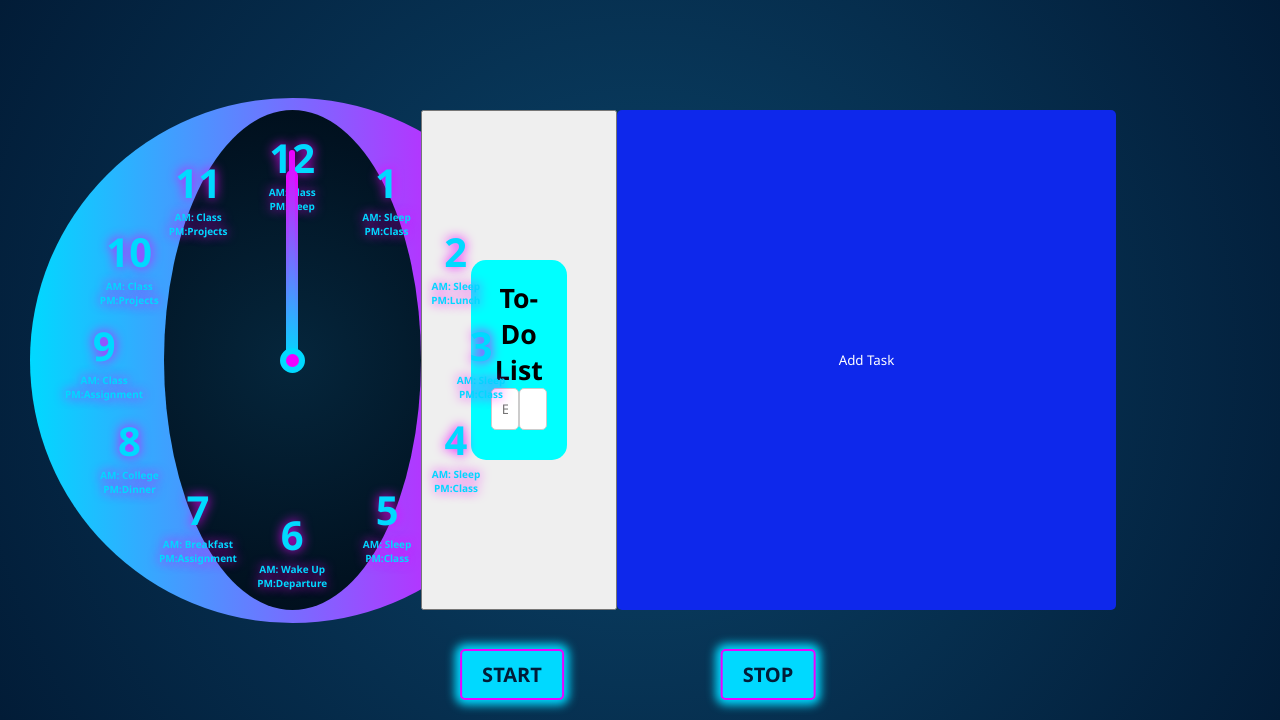
Repository: Suryansh-D/Cool-Clock
Page: index.html
The author's editor kept a copy of each file at every save. The page is drawn from the files as they stood at one save, then again after a run of saves.
The browser window is 1280 px wide. The pictures show the whole page.

Above is the page before, as saved 2024-01-30 18:29:29.

### index.html
<!DOCTYPE html>
<html>
<head>
    <title>Schedule Clock</title>
    <link rel="stylesheet" href="style.css">
</head>
<body>
    <div class="All">
    <div class="clock">
        <div class="number" style="--n:1"><b>1 <p class="task">AM: Sleep<p class="task">PM:Class</p></p></b></div>
        <div class="number" style="--n:2"><b>2 <p class="task">AM: Sleep<p class="task">PM:Lunch</p></p></b></div>
        <div class="number" style="--n:3"><b>3 <p class="task">AM: Sleep<p class="task">PM:Class</p></p></b></div>
        <div class="number" style="--n:4"><b>4 <p class="task">AM: Sleep<p class="task">PM:Class</p></p></b></div>
        <div class="number" style="--n:5"><b>5 <p class="task">AM: Sleep<p class="task">PM:Class</p></p></b></div>
        <div class="number" style="--n:6"><b>6 <p class="task">AM: Wake Up<p class="task">PM:Departure</p></p></b></div>
        <div class="number" style="--n:7"><b>7 <p class="task">AM: Breakfast<p class="task">PM:Assignment</p></p></b></div>
        <div class="number" style="--n:8"><b>8 <p class="task">AM: College<p class="task">PM:Dinner</p></p></b></div>
        <div class="number" style="--n:9"><b>9 <p class="task">AM: Class<p class="task">PM:Assignment</p></p></b></div>
        <div class="number" style="--n:10"><b>10 <p class="task">AM: Class<p class="task">PM:Projects</p></p></b></div>
        <div class="number" style="--n:11"><b>11 <p class="task">AM: Class<p class="task">PM:Projects</p></p></b></div>
        <div class="number" style="--n:12"><b>12 <p class="task">AM: Class<p class="task">PM:Sleep</p></p></b></div>
        <div class="hour-hand" id="hour-hand"></div>
        <div class="minute-hand" id="minute-hand"></div>
        <div class="second-hand" id="second-hand"></div>
        <div class="center-dot"></div>
    </div>
    <button class="start-btn" id="start-btn"><b>START</b></button>
    <button class="stop-btn" id="stop-btn"><b>STOP</b></button>
    <button class="To-do">
    <div class="container">
        <h1>To-Do List</h1>
        <div class="entry">
        <input type="text" id="task-input" placeholder="Enter task" class="entertask">
        <input type="time" id="time-input" class="entertime"></div>
        <button onclick="addTask()" class="addtask">Add Task</button>
        <ul id="task-list">
        </ul>
        </div>
        </div>

      </div><script src="script.js"></script>
</body>
</html>

### style.css
*{
    margin: 0;
    padding: 0;
    box-sizing: border-box;
    font-family: 'Segoe UI', Tahoma, Geneva, Verdana, sans-serif;
}

body{
    display: flex;
    justify-content: center;
    align-items: center;
    height: 100vh;
    background: radial-gradient(circle,#0b456b, #021c37)
}
.clock{
    width: 500px;
    height: 500px;
    position: relative;
    background-color: lightgray;
    border-radius: 50%;
    display: flex;
    justify-content: center;
    align-items: center;
    background: radial-gradient(circle,#05263c , #000d1a);
}
.clock::before{
    content: "";
    position: absolute;
    width: 525px;
    height: 525px;
    border-radius: 50%;
    background:linear-gradient(to right, #00d9ff,#ee00ff);
    box-shadow: 0 0 0 15px 15px rgba(0,0,0,0.2);
    z-index: -1;

}
.number{
    transform: rotate(calc(30deg * var(--n)));
    position: absolute;
    text-align: center;
    inset: 20px;
    font-size: 40px;
    color:#00d9ff;
    text-shadow:0 0 12px #ee00ff;
}
.number b{
    transform: rotate(calc(-30deg * var(--n)));
    display: inline-block;
}

.center-dot{
    position: absolute;
    width: 25px;
    height: 25px;
    background-color: #ee00ff;
    border:6px solid #00d9ff;
    border-radius: 50%;
}

.hour-hand, .minute-hand, .second-hand{
    --rotate:0;
    position: absolute;
    left: 50%;
    bottom: 50%;
    transform: translate(-50%) rotate(calc(var(--rotate)*1deg));
    transform-origin: bottom;
    border-radius: 30px 30px 0 0;
}
.hour-hand{
   width:12px;
    height: 130px;
    background:linear-gradient(#00d9ff, #ee00ff );
}
.minute-hand{
    width:12px;
    height: 190px;
    background:linear-gradient(to top, #00d9ff, #ee00ff );
}
.second-hand{
    width: 6px;
    height: 210px;
    background:linear-gradient(to top, #00d9ff, #ee00ff );
}

.start-btn{
    position: absolute;
    bottom: 20px;
    left: 40%;
    transform: translateX(-50%);
    padding: 10px 20px;
    background-color: #00d9ff;
    border: 2px solid #ee00ff;
    border-radius: 5px;
    color: #021c37;
    font-size: 20px;
    font-weight: 500;
    cursor: pointer;
    transition: all 0.3s ease;
    box-shadow: 0 0 10px 5px #00d9ff;
}
.stop-btn{
    position: absolute;
    bottom: 20px;
    left: 60%;
    transform: translateX(-50%);
    padding: 10px 20px;
    background-color: #00d9ff;
    border: 2px solid #ee00ff;
    border-radius: 5px;
    color: #021c37;
    font-size: 20px;
    font-weight: 500;
    cursor: pointer;
    transition: all 0.3s ease;
    font-family:'Times New Roman', Times, serif;
    box-shadow: 0 0 10px 5px #00d9ff;
}
.task{
    font-size: 10px
}


/* To do */

#task-list {
    list-style: none;
    padding: 0;
    margin: 0;
  }

  #task-list li {
    margin-bottom: 5px;
    padding: 10px;
    margin: 10px 0;
    background-color: #c742db;
    color: #fff;
    border-radius: 5px;
  }

  #task-list li button {
    float: right;
    background-color: transparent;
    border: none;
    cursor: pointer;
  }
  .container {
    width: 50%;
    max-width: 600px;
    margin: 0 auto;
    padding: 20px;
    background-color: aqua;
    border-radius: 15px;
  }
  .entertask{
    width: 100%;
    padding: 10px;
    border: 1px solid #ccc;
    border-radius: 5px;
    box-sizing: border-box;
    margin-bottom: 10px;
  }
  .entertime{
    width: 50%;
    padding: 10px;
    border: 1px solid #ccc;
    border-radius: 5px;
    box-sizing: border-box;
    margin-bottom: 10px;
  }
  .addtask{
    width: 100%;
    background-color: #0e28eb;
    color: #fff;
    padding: 10px;
    border: none;
    border-radius: 5px;
    cursor: pointer;
  }
  .entry{
    display: flex;
    justify-content: space-between;
  }
  .All{
    height: auto;
    width: auto;
    display: flex;
    justify-content: space-between;
  }

### script.js


const secondHand = document.getElementById('second-hand');
const minsHand = document.getElementById('minute-hand');
const hourHand = document.getElementById('hour-hand');
const startButton = document.getElementById('start-btn');
const stopButton = document.getElementById('stop-btn');




startButton.addEventListener('mouseenter', () => {
    startButton.style.backgroundColor = 'lightgreen';
}
);
startButton.addEventListener('mouseleave', () => {
    startButton.style.backgroundColor = 'skyblue'

}
);
stopButton.addEventListener('mouseenter', () => {
    stopButton.style.backgroundColor = 'red';
}
);
stopButton.addEventListener('mouseleave', () => {
    stopButton.style.backgroundColor = 'skyblue';
}
);
startButton.addEventListener('click', () => {
    startButton.style.display = 'none';
    stopButton.style.display = 'inline-block';
    clockTick();
}
);

stopButton.addEventListener('click', () => {
    stopButton.style.display = 'none';
    startButton.style.display = 'inline-block';
}
);
function clockTick(){
    const date = new Date();
    const seconds = date.getSeconds()/60;
    const mins = (seconds + date.getMinutes())/60;
    const hours = (mins + date.getHours())/12;

    rotateClockHand(secondHand, seconds);
    rotateClockHand(minsHand, mins);
    rotateClockHand(hourHand, hours);
}

function rotateClockHand(element, rotation){
    element.style.setProperty('--rotate', rotation * 360);
}



let clockInterval;

function startClock() {
    clockInterval = setInterval(clockTick, 1000);
    console.log('start');
}

function stopClock() {
    clearInterval(clockInterval);
    console.log('stop');
}
startButton.addEventListener('click', startClock);
stopButton.addEventListener('click', stopClock);

// To Do

const taskInput = document.getElementById('task-input');
const timeInput = document.getElementById('time-input');
const taskList = document.getElementById('task-list');

function addTask() {
  const task = taskInput.value;
  const time = timeInput.value;

  if (task) {
    const listItem = document.createElement('li');
    listItem.textContent = task + ' - ' + time;
    const removeButton = document.createElement('button');
    removeButton.textContent = "Remove";
    removeButton.addEventListener('click', () => listItem.remove());
    listItem.appendChild(removeButton);
    taskList.appendChild(listItem);

    taskInput.value = '';
    timeInput.value = '';
  }
}

After the next 2 saves:
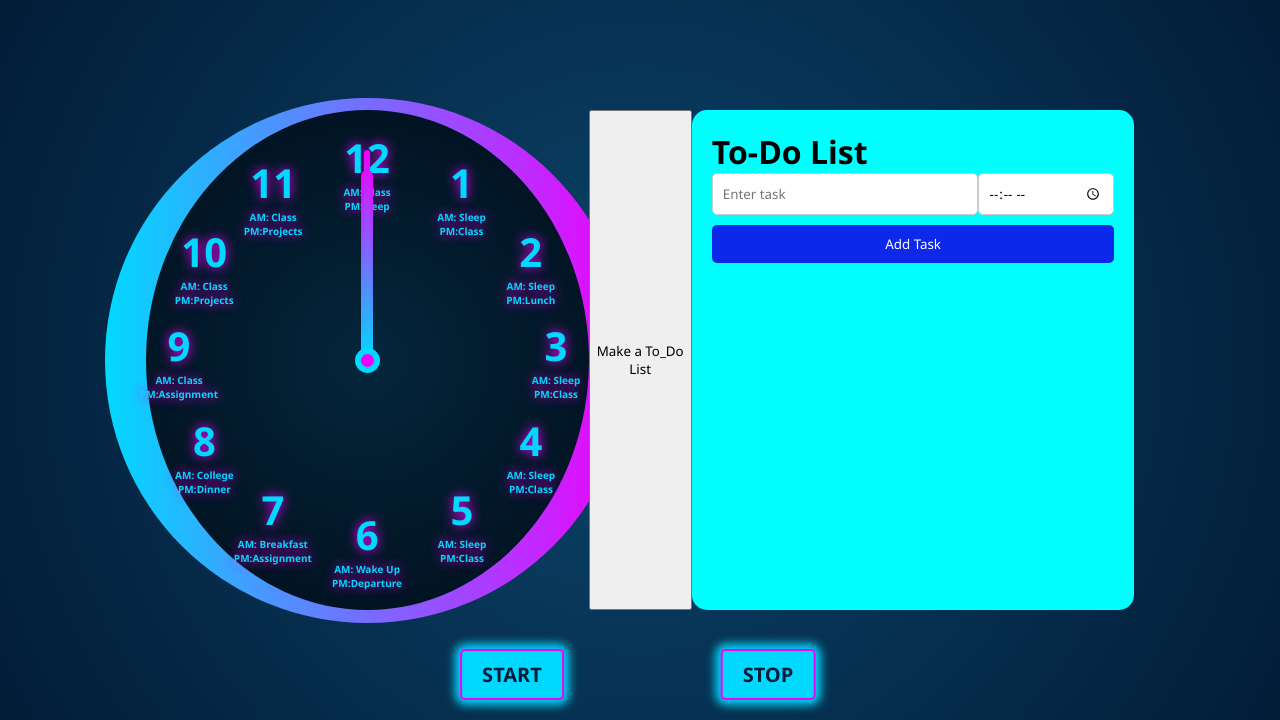
The 2 saves are shown as one change because they came seconds apart.
The last was saved 13 s later.
--- a/index.html
+++ b/index.html
@@ -26,7 +26,7 @@
     </div>
     <button class="start-btn" id="start-btn"><b>START</b></button>
     <button class="stop-btn" id="stop-btn"><b>STOP</b></button>
-    <button class="To-do">
+    <button class="To-do">Make a To_Do List</button>
     <div class="container">
         <h1>To-Do List</h1>
         <div class="entry">
